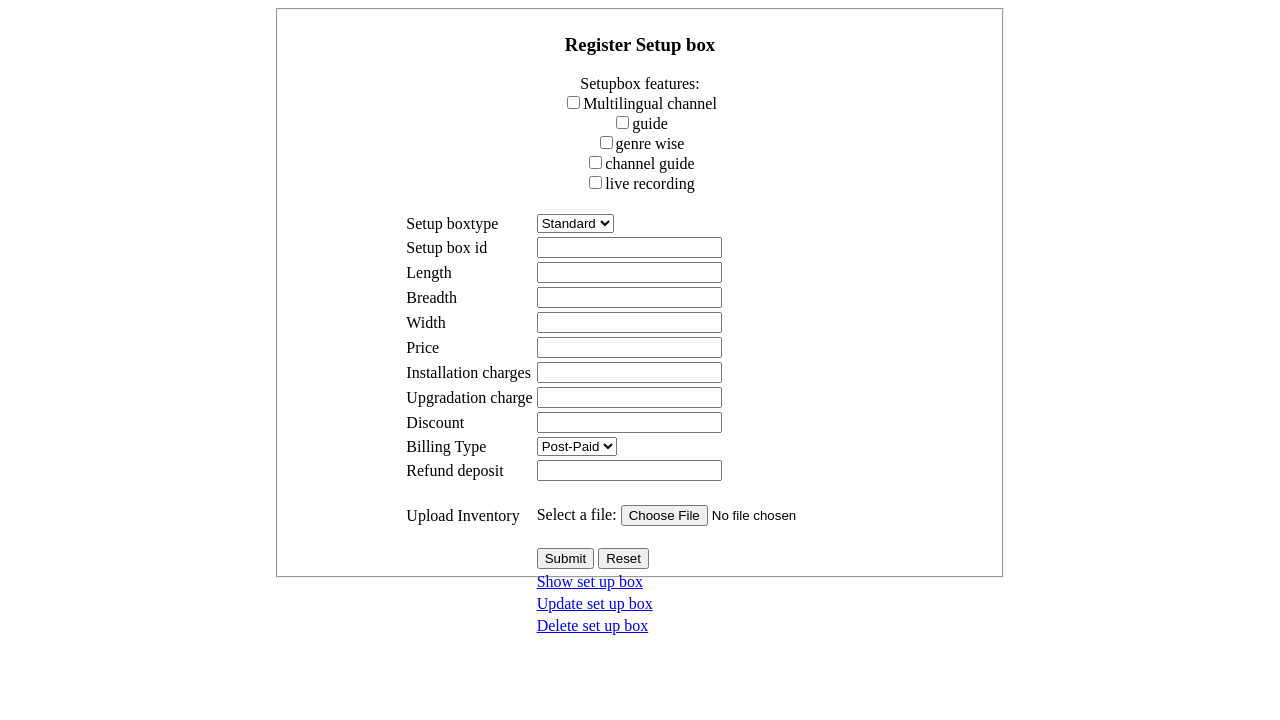
Repository: a18wheeler/TCS-Edison
Page: http://localhost/DTH1/
The author's editor kept a copy of each file at every save. The page is drawn from the files as they stood at one save, then again after the next save.
The browser window is 1280 px wide. The pictures show the whole page.
The page is served by Tomcat 9.

Above is the page before, as saved 2019-10-16 15:23:58.

After the next save:
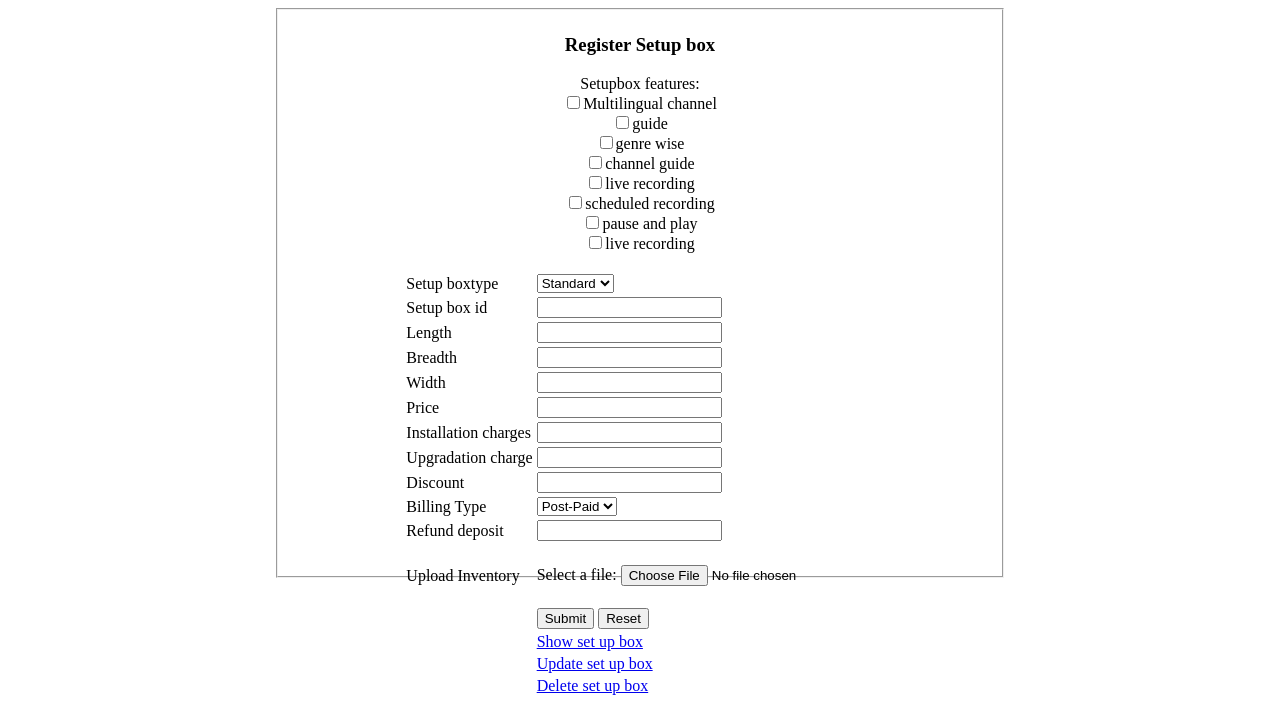
Saved 59 s later.
--- a/playground/DTH1/WebContent/index.jsp
+++ b/playground/DTH1/WebContent/index.jsp
@@ -72,6 +72,9 @@ Setupbox features:<br>
 <input type="checkbox" name="lang" value="guide" />guide<br>
 <input type="checkbox" name="lang" value="genre wise"/ >genre wise<br>
 <input type="checkbox" name="lang" value="channel guide"/>channel guide<br>
+<input type="checkbox" name="lang" value=" live recording"/>live recording<br>
+<input type="checkbox" name="lang" value="genre wise"/ >scheduled recording<br>
+<input type="checkbox" name="lang" value="channel guide"/>pause and play<br>
 <input type="checkbox" name="lang" value=" live recording"/>live recording<br>
 
 <tr>
